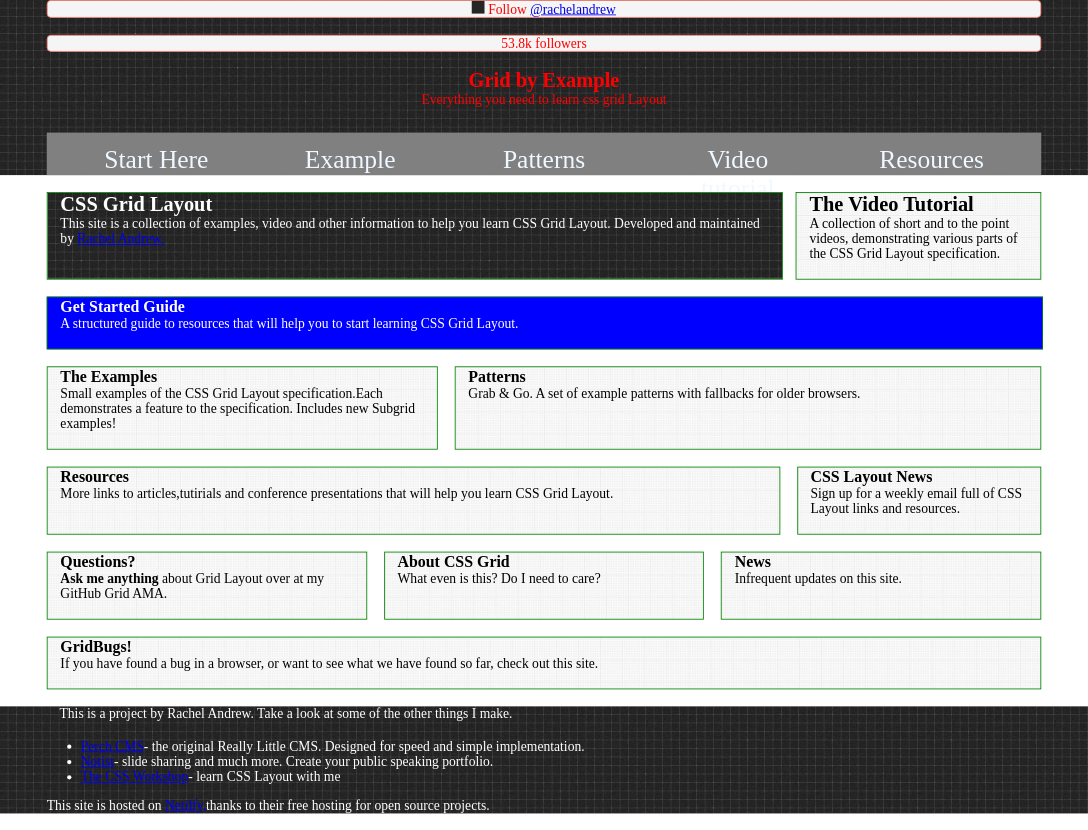
Repository: sitikhusushan/grid
Page: index.html
These files come from the project's save history. The page is drawn as it stood at one moment and after the next save; the edit follows.
The browser window is 1280 px wide. The pictures show the whole page, at 85% of full size.

Above is the page before, as saved 2020-05-13 11:02:28.

After the next save:
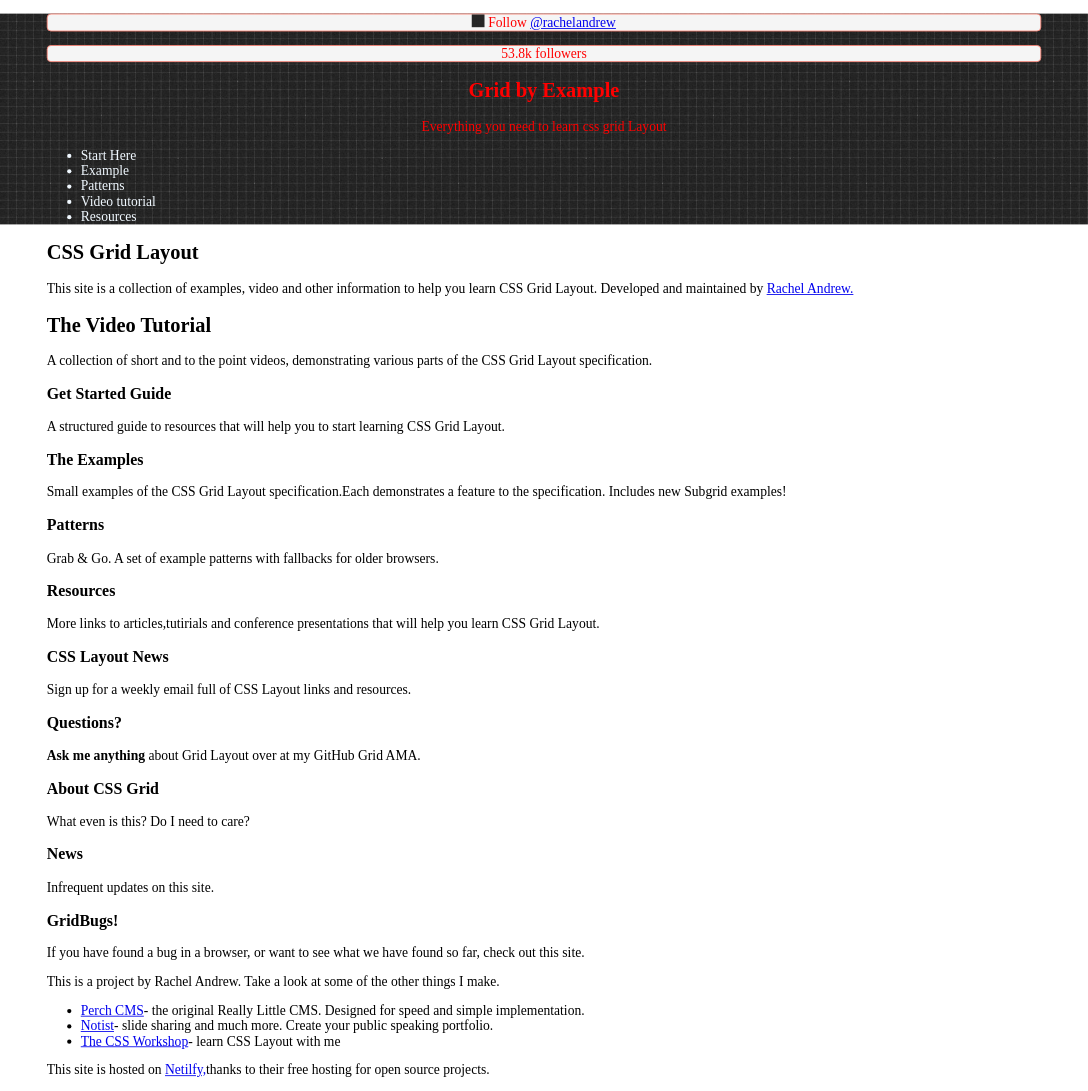
Saved 63 s later.
--- a/style.css
+++ b/style.css
@@ -51,9 +51,7 @@
 }
 
 .header ul {
-  background-color: grey;
-  padding-right: 40px;
-}
+
 /*
 .header .container {
   margin: 0px;
@@ -69,6 +67,8 @@
   grid-auto-rows: 50px;
   margin-bottom: auto;
   text-align: center;
+    background-color: grey;
+  padding-right: 40px;
 }
 .header li {
   padding: 15px;

After the save that followed:
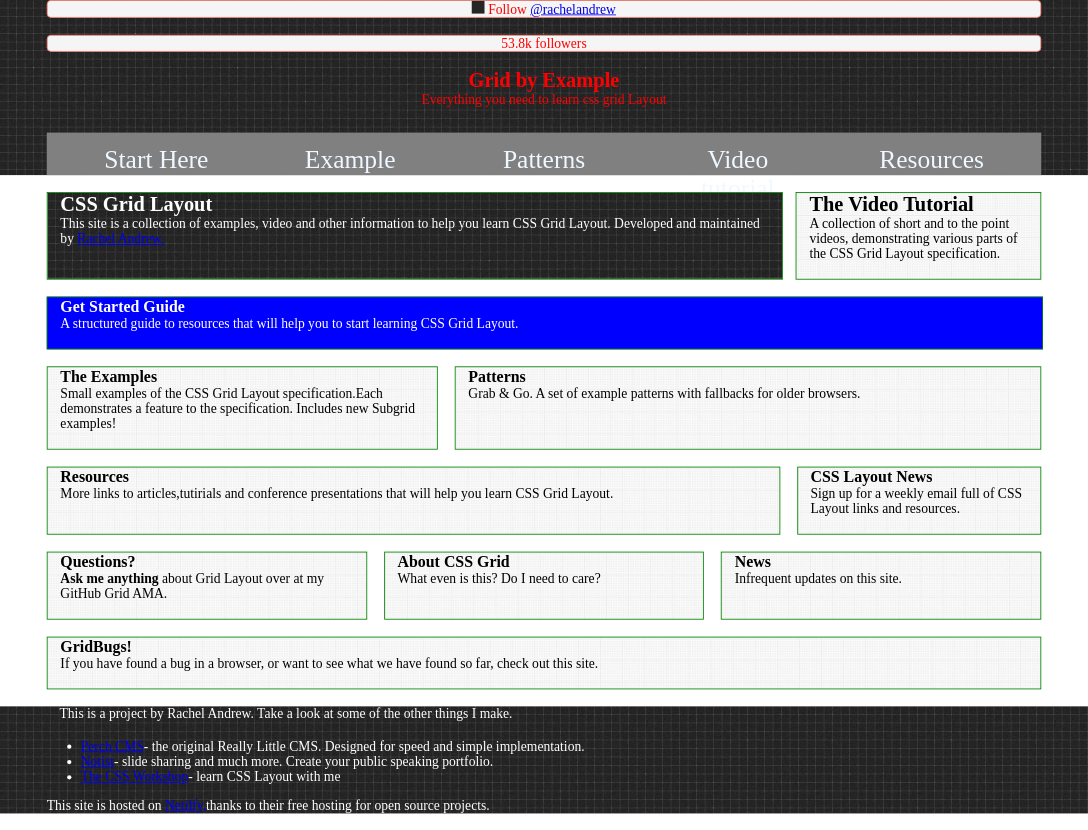
Saved 7 s later.
--- a/style.css
+++ b/style.css
@@ -50,7 +50,7 @@
   color: red;
 }
 
-.header ul {
+/* .header ul { */
 
 /*
 .header .container {
@@ -67,7 +67,7 @@
   grid-auto-rows: 50px;
   margin-bottom: auto;
   text-align: center;
-    background-color: grey;
+  background-color: grey;
   padding-right: 40px;
 }
 .header li {
